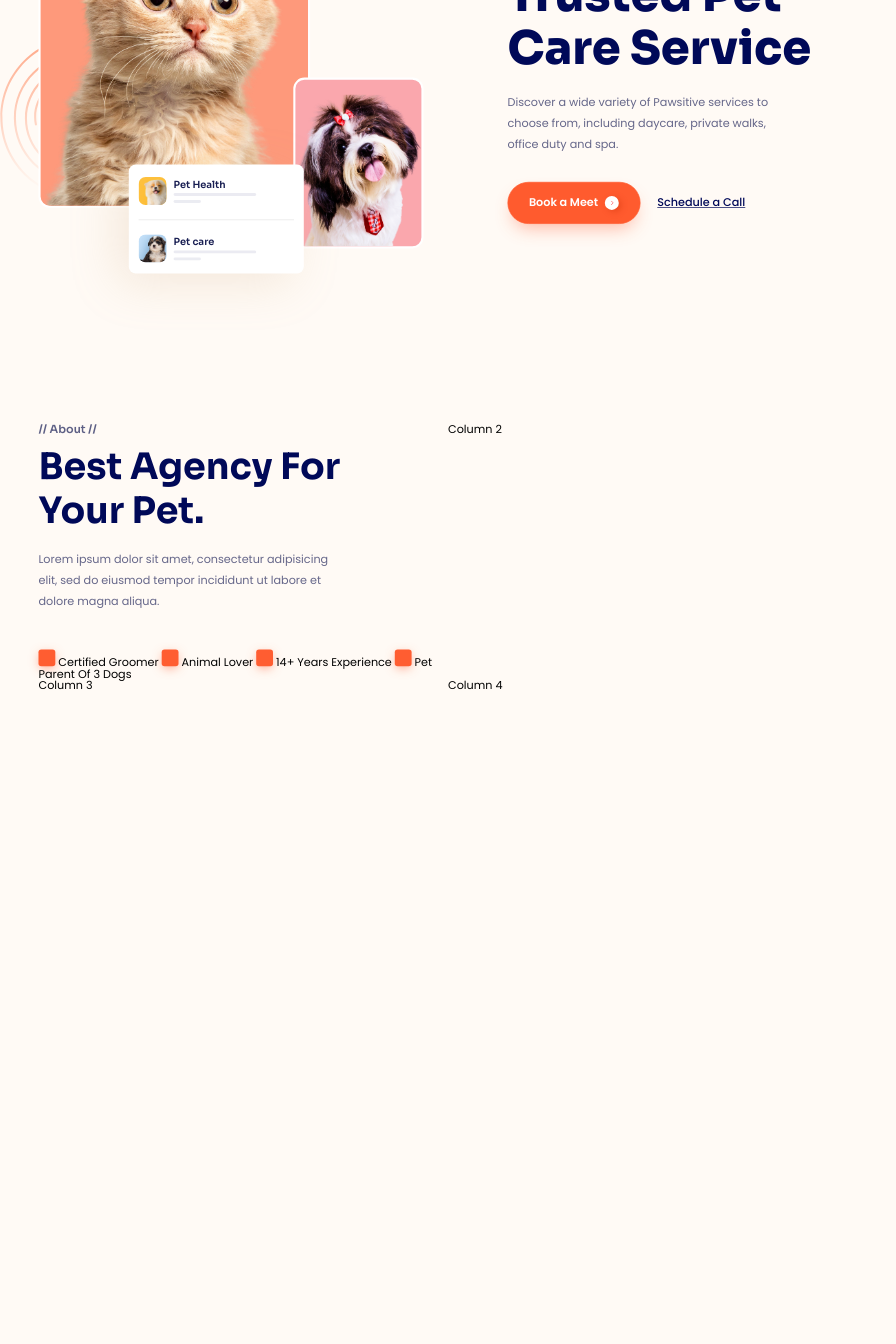
Repository: empty24062002/f8-project-05
Page: index.html
These files come from the project's save history. The page is drawn as it stood at one moment and after the next save; the edit follows.
The browser window is 1280 px wide. The pictures show the part of the page from y = 367 to 2287 px (the page is 10965 px tall), at 70% of full size.

Above is the page before, as saved 2023-09-11 09:41:42.

After the next save:
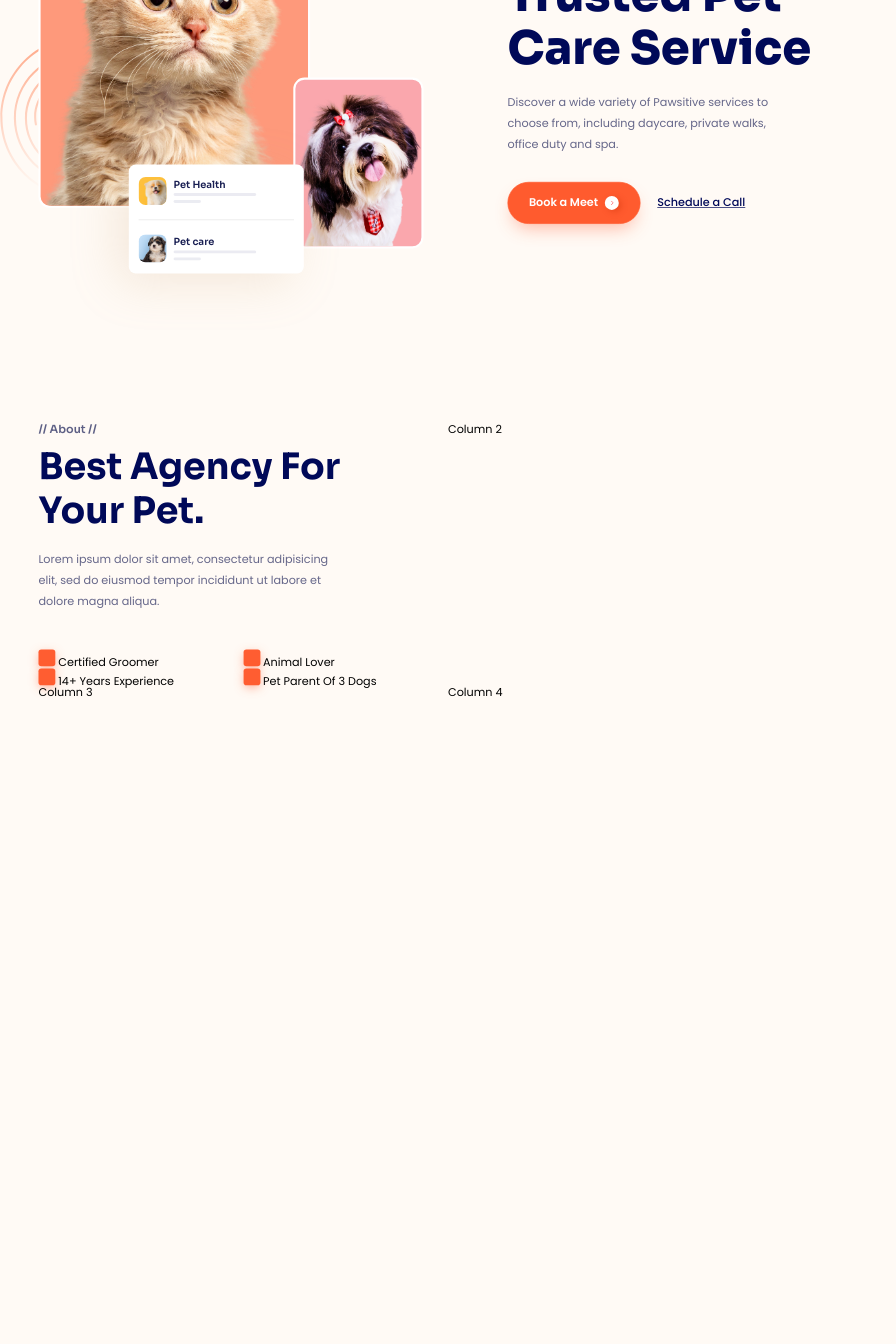
Saved 33 s later.
--- a/assets/css/styles.css
+++ b/assets/css/styles.css
@@ -320,6 +320,8 @@ a {
 }
 
 .about__checklist {
+    display: grid;
+    grid-template-columns: 1fr 1fr;
     margin-top: 54px;
 }
 
